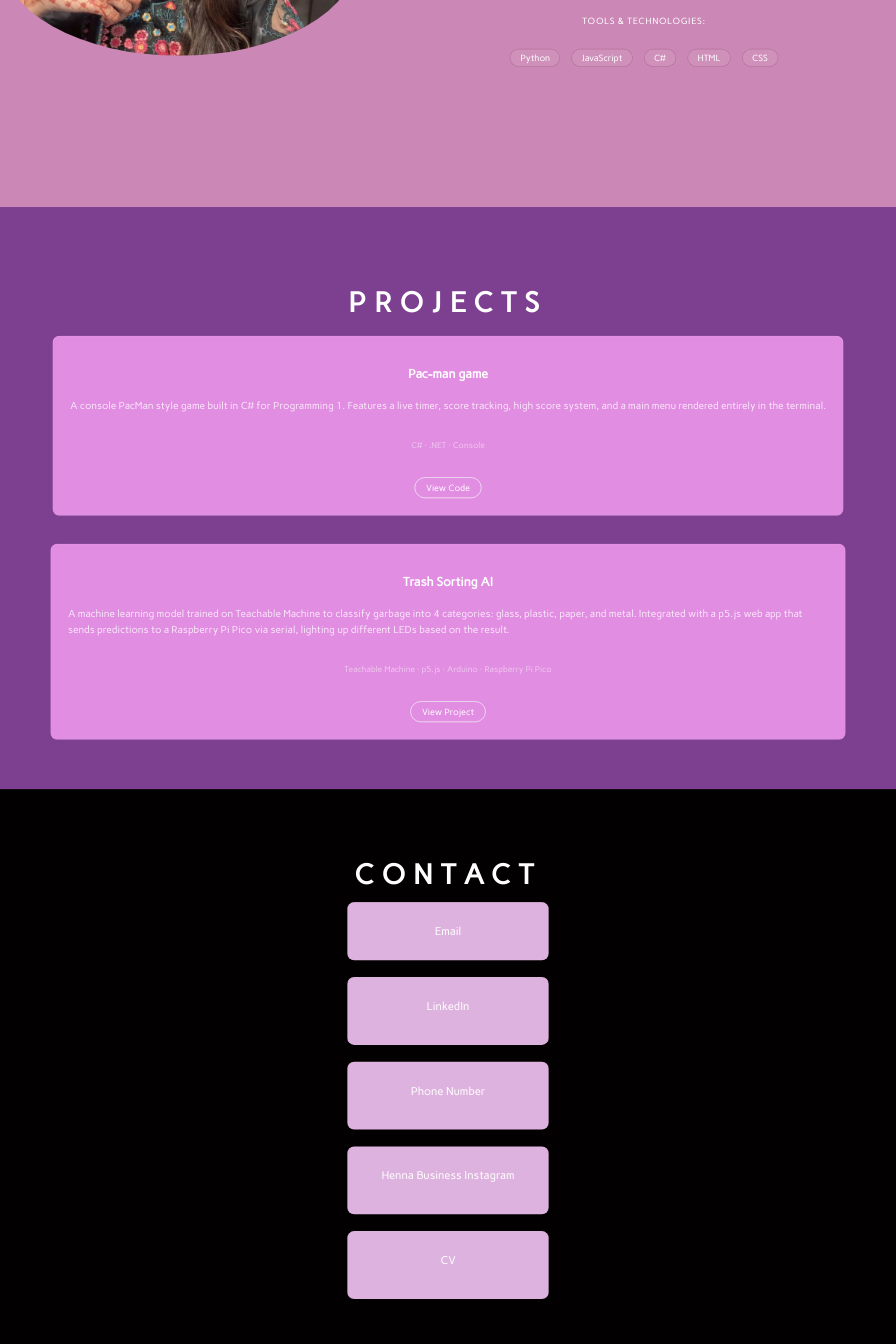
Repository: Rameen-A/Rameen-A
Page: index.html
An editor plug-in stored every save of this project. The page is shown before and after the next save, followed by the edit.
The browser window is 1280 px wide. The pictures show the part of the page from y = 1184 to 3104 px (the page is 3104 px tall before and 2876 px after), at 70% of full size.

Above is the page before, as saved 2026-05-07 23:13:23.

### index.html
<!DOCTYPE html>
<html lang="en">
  <head>
    <meta charset="UTF-8" />
    <meta name="viewport" content="width=device-width, initial-scale=1.0" />
    <title>My Portfolio Project</title>
    <link rel="stylesheet" href="styles/globals.css" />
    <link rel="stylesheet" href="styles/index.css" />
  </head>
  <body>
    <nav class="sidebar">
      <button class="menu-button">☰</button>
      <ul class="menu">
        <li><a href="#about">About me</a></li>
        <li><a href="#projects">View Projects</a></li>
        <li><a href="#contact">My Info </a></li>
      </ul>
    </nav>
    <!-- Hero Section -->
    <section class="hero">
      <article>
        <h1>Rameen Amir</h1>
        <h3>Computer Science student | Business Artist</h3>
        <a href="#projects">View Projects</a>
      </article>
    </section>
    <!-- About Me Section -->
    <section class="about" id="about">
      <img
        src="assets/images/686415663_1672869123865112_6993977710073232581_n.jpg"
        alt="Profile Picture"
      />
      <!-- !my image doesnt have srcset - will add in the end -->
      <!-- !need an svg for menu bar and other spots - will end in the end-->

      <div class="about-content">
        <h2 class="aboutMe">About Me</h2>
        <p>
          I am a Computer Science student with a passion for business and
          creating. I have experience in c# and UI, project and management. I am
          always looking for new opportunities to learn and grow in both fields.
        </p>
        <p class="tools-labels">Tools & Technologies:</p>
        <ul class="tools-list">
          <li>Python</li>
          <li>JavaScript</li>
          <li>C#</li>
          <li>HTML</li>
          <li>CSS</li>
        </ul>
      </div>
    </section>
    <!-- Projects Section -->
    <section class="projects" id="projects">
      <h2>Projects</h2>
      <div class="cards">
        <article class="card">
          <h3>Pac-man game</h3>
          <p>
            A console PacMan style game built in C# for Programming 1. Features
            a live timer, score tracking, high score system, and a main menu
            rendered entirely in the terminal.
          </p>
          <p class="tech">C# · .NET · Console</p>
          <a href="" target="_blank">View Code</a>
        </article>
        <article class="card">
          <h3>Trash Sorting AI</h3>
          <p>
            A machine learning model trained on Teachable Machine to classify
            garbage into 4 categories: glass, plastic, paper, and metal.
            Integrated with a p5.js web app that sends predictions to a
            Raspberry Pi Pico via serial, lighting up different LEDs based on
            the result.
          </p>
          <p class="tech">
            Teachable Machine · p5.js · Arduino · Raspberry Pi Pico
          </p>
          <a href="" target="_blank">View Project</a>
        </article>
      </div>
    </section>
    <!-- Contact Section -->
    <section class="contact">
      <h2 id="contact">Contact</h2>
      <div class="contact-cards">
        <div class="contact-card">
          <p class="default">Email</p>
          <a href="mailto:rameenamir.ca@gmail.com" class="hover-text"
            >rameenamir.ca@gmail.com</a
          >
        </div>

        <div class="contact-card">
          <p class="contact-label">LinkedIn</p>
          <a
            href="https://www.linkedin.com/in/rameen-amir-5a9912349/"
            target="_blank"
            >Rameen Amir</a
          >
        </div>
        <div class="contact-card">
          <p class="contact-label">Phone Number</p>
          <a href="tel:5145617912">514-561-7912</a>
        </div>
        <div class="contact-card">
          <p class="contact-label">Henna Business Instagram</p>
          <a
            href="https://www.instagram.com/henna_byrameen?igsh=OGZzczk1ZWl6bW9p"
            target="_blank"
            >Henna_byrameen</a
          >
        </div>
        <div class="contact-card">
          <p class="contact-label">CV</p>
          <a href="assets/images/rameen cv 26.png" target="_blank">View CV</a>
        </div>
      </div>
    </section>
  </body>
  <script>
    const button = document.querySelector(".menu-button");
    const menu = document.querySelector(".menu");
    const links = document.querySelectorAll(".menu a");

    button.addEventListener("click", () => {
      menu.classList.toggle("show");
    });

    links.forEach((link) => {
      link.addEventListener("click", () => {
        menu.classList.remove("show");
      });
    });
  </script>
</html>

### styles/globals.css
/* FONT DEFS */
@font-face {
  font-family: "main font";
  src: url(../assets/fonts/Carme/Carme-Regular.ttf);
}

/* CROSS PAGE STYLES */
body {
  color: white;
  font-family: "main font", Verdana, sans-serif;
  margin: auto; /* ! margin needs to be default so 0*/
}

h1 {
  font-weight: bold;
  text-transform: uppercase;
  font-size: 1.5rem; /*! too small for desktop*/
}

a {
  text-decoration: none;
  color: white;
  font-size: 0.75rem; /*! too small*/
}
ul {
  list-style: none;
  padding: 0;
  margin: 0;
}
a:hover {
  text-decoration: underline;
}

### styles/index.css
body {
  margin: 0;
  top: 0;
  background-color: black;
}

.hero {
  display: flex;
  align-items: center;
  justify-content: center;
  text-align: center;
  height: 100vh;

  background-image: url(../assets/images/9a61269bd961543ec7b161a66536ad3a.gif);
  background-size: cover;
  background-position: center;
  background-repeat: no-repeat;
}
.hero a,
.card a {
  border: 2px solid rgb(238, 236, 236);
  padding: 0.5rem;
  border-radius: 20px;
}
article {
  opacity: 1;
}
/*menu bar */
.menu {
  position: fixed;
  top: 0;
  left: -25%;
  width: 25%;
  height: 100vh;
  background: rgba(0, 0, 0, 0.9);

  display: flex;
  flex-direction: column;
  padding-top: 5rem;
}

.menu.show {
  left: 0;
  transition: left 0.3s ease;
}
.menu-button {
  opacity: 0.6;
  font-size: 2rem;

  background: transparent;
  border: none;
  outline: 2px solid transparent;

  color: white;
  cursor: pointer;
}

/*about me section */
.about {
  display: flex;
  align-items: center;
  justify-content: center;
  min-height: 100vh;
  text-align: center;

  background-color: rgb(203, 135, 181);
}
.about h2 {
  font-size: 1.75rem;
  margin-bottom: 1rem;
  letter-spacing: 0.3em;
  text-transform: uppercase;
}
.about-content {
  display: flex;
  flex-direction: column;
  align-items: center;
  gap: 1.5rem;
  margin: 0 1rem;
  width: 100%;
  max-width: 90%;
  text-align: left;
}
.about img {
  max-width: 40%;
  border-radius: 50%;
  overflow: hidden;
  display: inline-block;
  vertical-align: middle;
}
.about-list li {
  font-size: 0.95rem;
  line-height: 1.5;
}

.tools-labels {
  font-size: 0.8rem;
  text-transform: uppercase;
  letter-spacing: 0.08em;
  text-align: left;
  margin-bottom: 0.5rem;
}
.tools-list {
  display: flex;
  flex-wrap: wrap; /* allows items to wrap / internet*/
  gap: 1rem;
  text-align: left;
}
.tools-list li {
  background-color: rgba(255, 252, 252, 0.08);
  border: 1px solid rgba(82, 4, 35, 0.2);
  border-radius: 20px;
  padding: 0.3rem 0.85rem;
  font-size: 0.8rem;
}
/*PROJECTS*/
.projects {
  display: flex;
  justify-content: center;
  min-height: 100vh;
  background-color: rgb(125, 64, 144);
  align-items: center;
  padding-top: 4rem;
  padding-bottom: 3rem;
  flex-direction: column;
}
.projects h2 {
  font-size: 1.75rem;
  margin-bottom: 1rem;
  letter-spacing: 0.3em;
  text-transform: uppercase;
}

.cards {
  display: flex;
  flex-direction: column;
  gap: 1.5rem;
  align-items: center;
  margin: 0 1rem;
  width: 100%;
  max-width: 90%;
  text-align: left;
}
.card {
  background-color: #e18de1;
  border: 1px solid rgba(230, 216, 225, 0.1);
  border-radius: 10px;
  padding: 1.5rem;
  text-align: left;
  display: flex;
  flex-direction: column;
  align-items: center;
  gap: 1rem;
  margin: 0.5rem;
}

.card:hover {
  border-color: rgba(180, 26, 26, 0.4);
}

.card h3 {
  font-size: 1.1rem;
  margin-bottom: 0.5rem;
}

.card p {
  font-size: 0.9rem;
  line-height: 1.6;
  opacity: 0.8;
  margin: 0 0 0.5rem 0;
}

.card .tech {
  font-size: 0.75rem;
  opacity: 0.5;
  margin: 0.75rem 0;
}

.card a {
  display: inline-block;
  border: 1px solid rgb(244, 239, 242);
  padding: 0.4rem 1rem;
  border-radius: 20px;
  font-size: 0.8rem;
  margin-top: 0.5rem;
}

.card a:hover {
  background-color: rgb(247, 235, 235);
  color: #0a1628;
  text-decoration: none;
}

/*CONTACT PAGE*/
.contact {
  display: flex;
  flex-direction: column;
  align-items: center;

  padding-bottom: 6rem;
  padding: 4rem 1rem;

  background-color: rgb(2, 0, 0);
}
.contact h2 {
  font-size: 1.75rem;
  margin-bottom: 1rem;
  letter-spacing: 0.3em;
  text-transform: uppercase;
}
.contact-cards {
  display: flex;
  flex-direction: column;
  gap: 1.5rem;
  width: 100%;
  max-width: 80%;
  width: 100%;
  max-width: 18rem;
}
.contact-card {
  background-color: #deb2de;
  padding: 1rem;
  border-radius: 10px;
  text-align: center;
  position: relative;
  overflow: hidden;
  width: 100%;
  max-width: 22rem;
}
.default {
  display: block;
  transition: opacity 0.3s ease;
}
.hover-text {
  position: absolute;
  inset: 0; /* fills the card */

  display: flex;
  align-items: center;
  justify-content: center;

  opacity: 0;
  transition: opacity 0.3s ease;
}
.contact-card:hover {
  transform: translateY(-5px);
  transition: transform 0.3s ease;
}
.contact-card a {
  opacity: 0;
  transition: opacity 0.3s ease;
  display: block;
  margin-top: 0.5rem;
  background-color: rgb(8, 0, 8);
}
.contact-card:hover a {
  opacity: 1;
  background-color: #ed8eda;
}
.contact-card:hover .default {
  opacity: 0;
}

.contact-card:hover .hover-text {
  opacity: 1;
}
.contact-card .label {
  font-size: 1rem;
  text-transform: uppercase;
}

/* nav mods */
nav {
  position: sticky;
  top: 0;
}

nav ul {
  display: flex;
  justify-content: flex-end;
  margin: 0rem;
}

nav ul li {
  list-style: none;
  margin: 1rem;
}

/* Mobile-first navigation */
nav ul {
  justify-content: center;
}

/* Tablet and desktop layouts */
@media (min-width: 768px) {
  nav ul {
    justify-content: flex-end;
  }

  .about {
    flex-direction: row;
    gap: 3rem;
    text-align: left;
  }

  .cards {
    flex-direction: row;
    flex-wrap: wrap;
    justify-content: center;
  }

  .contact-cards {
    flex-direction: row;
    flex-wrap: wrap;
    justify-content: center;
  }

  .about h2,
  .projects h2,
  .contact h2 {
    font-size: 2.5rem;
  }
}

After the next save:
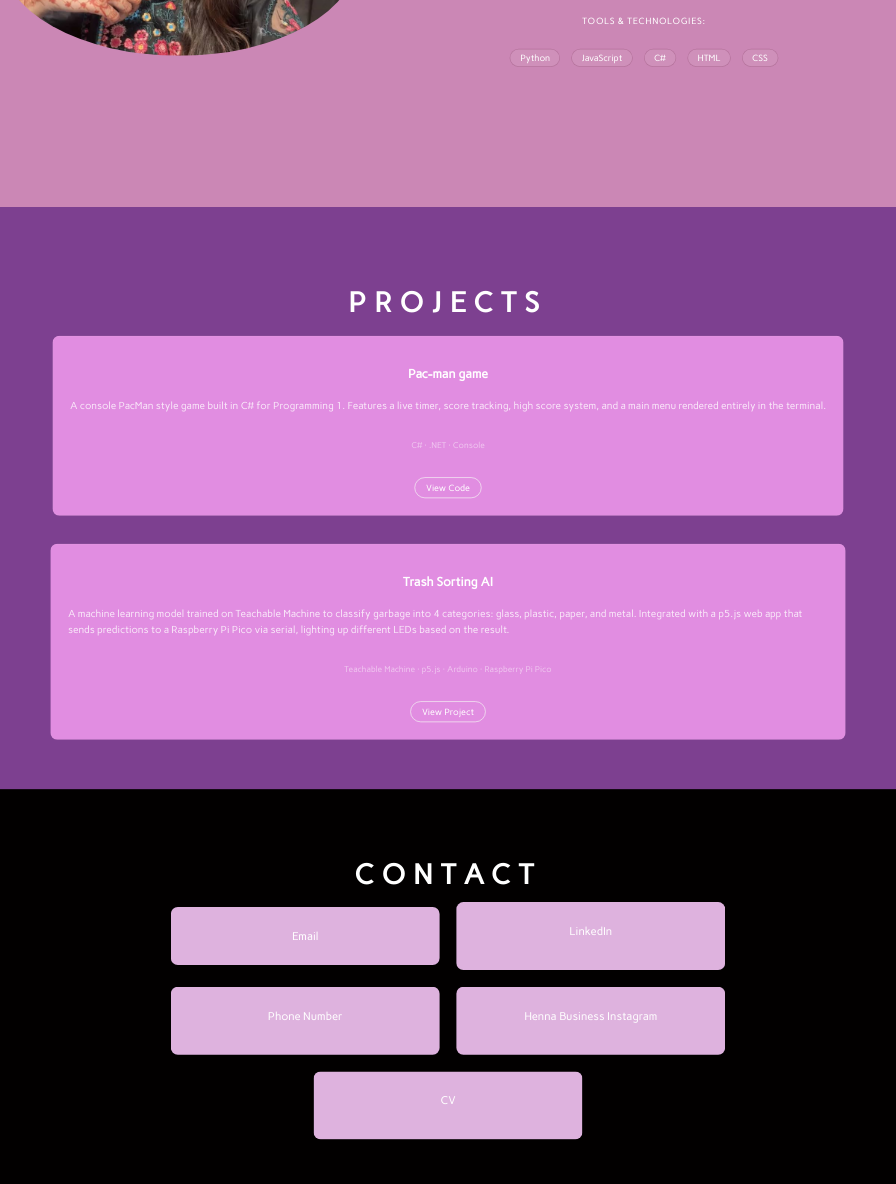
Saved 8 min 15 s later.
--- a/styles/index.css
+++ b/styles/index.css
@@ -212,10 +212,12 @@ article {
   display: flex;
   flex-direction: column;
   gap: 1.5rem;
+
   width: 100%;
-  max-width: 80%;
-  width: 100%;
-  max-width: 18rem;
+  max-width: 90%;
+
+  margin: 0 auto;
+  align-items: center;
 }
 .contact-card {
   background-color: #deb2de;
